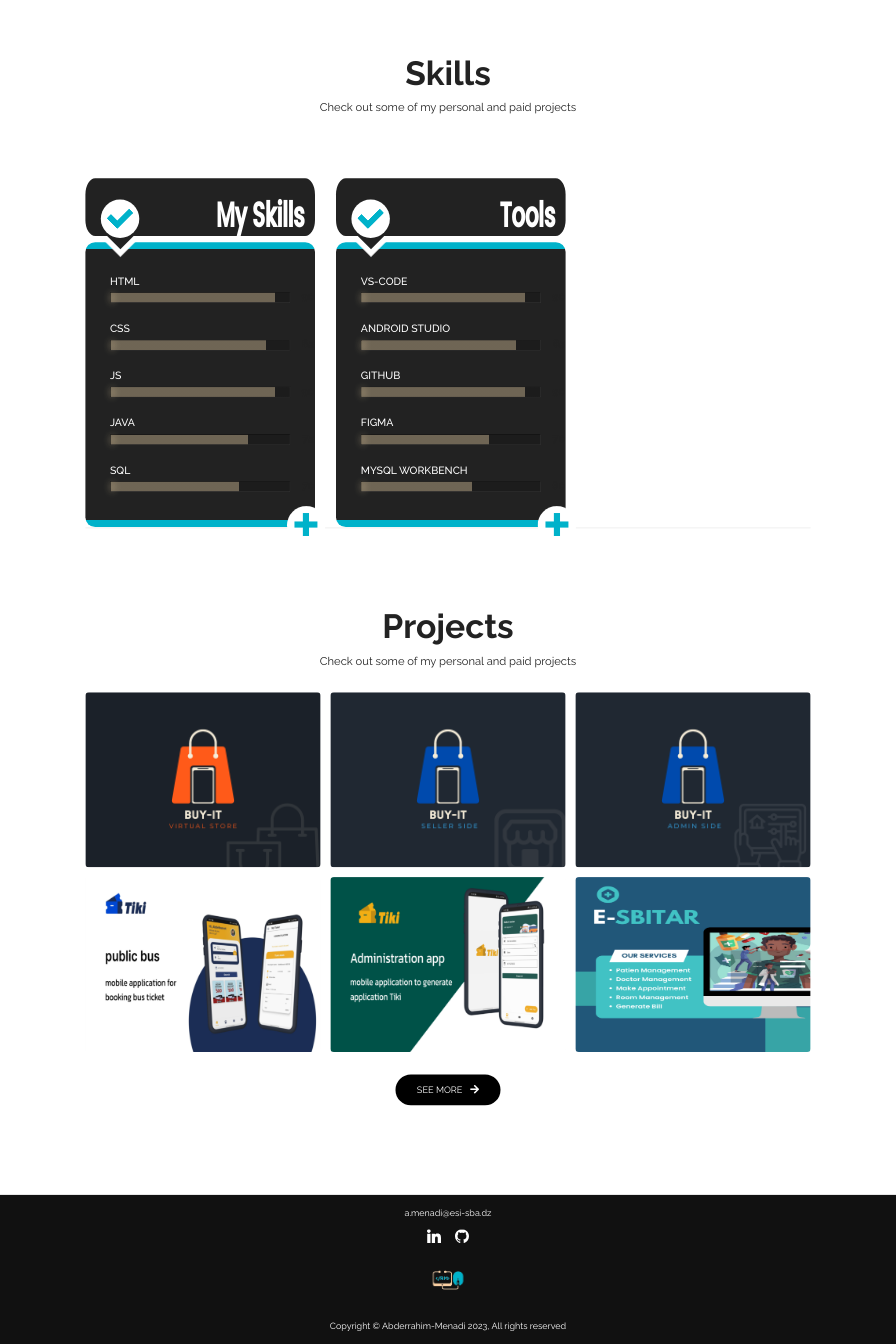
Repository: rahimmenadi/My-Website
Page: index.html
The author's editor kept a copy of each file at every save. The page is drawn from the files as they stood at one save, then again after a run of saves.
The browser window is 1280 px wide. The pictures show the part of the page from y = 830 to 2750 px (the page is 2750 px tall before and 2350 px after), at 70% of full size.

Above is the page before, as saved 2023-06-24 00:12:40.

After the next 2 saves:
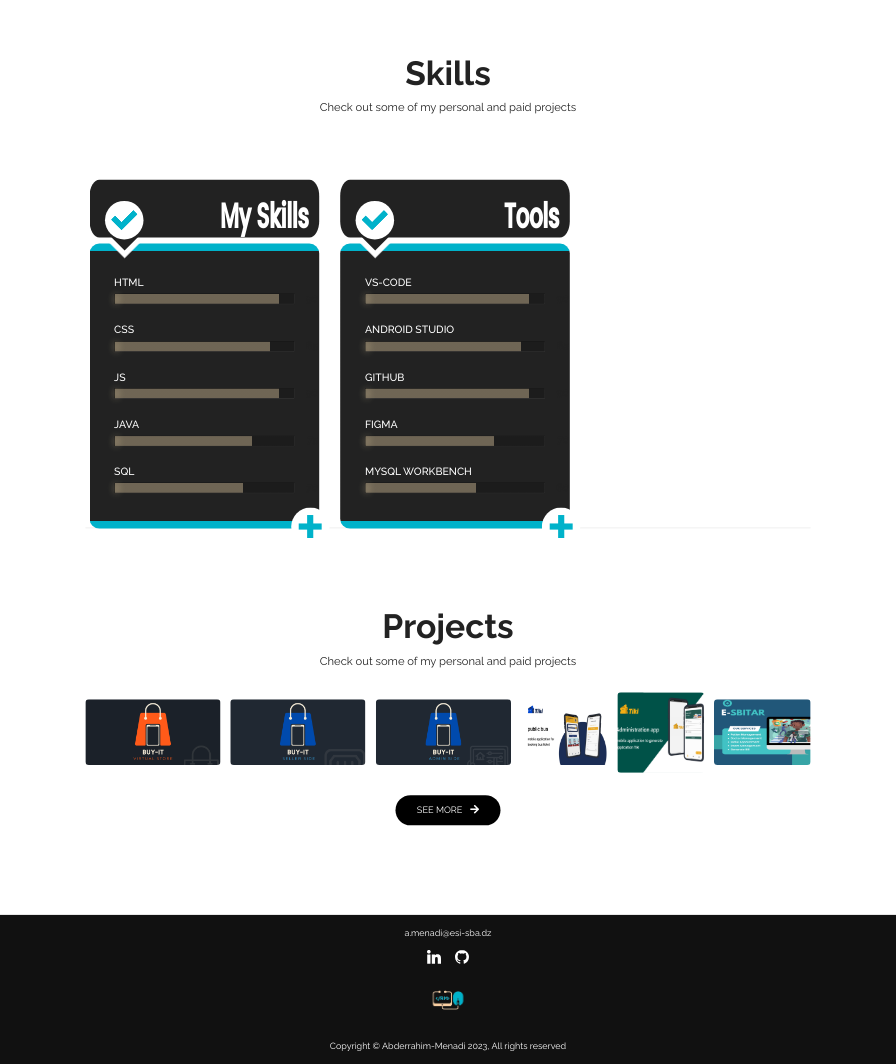
The 2 saves are shown as one change because they came seconds apart.
The last was saved 65 s later.
--- a/css/style.css
+++ b/css/style.css
@@ -369,7 +369,7 @@
    60% { transform: rotate( 0.0deg) }  /* Reset for the last half to pause */
   100% { transform: rotate( 0.0deg) }
 }
-.content{
+.project{
   display: flex;
   justify-content: center;
   align-items: center;

After the save that followed:
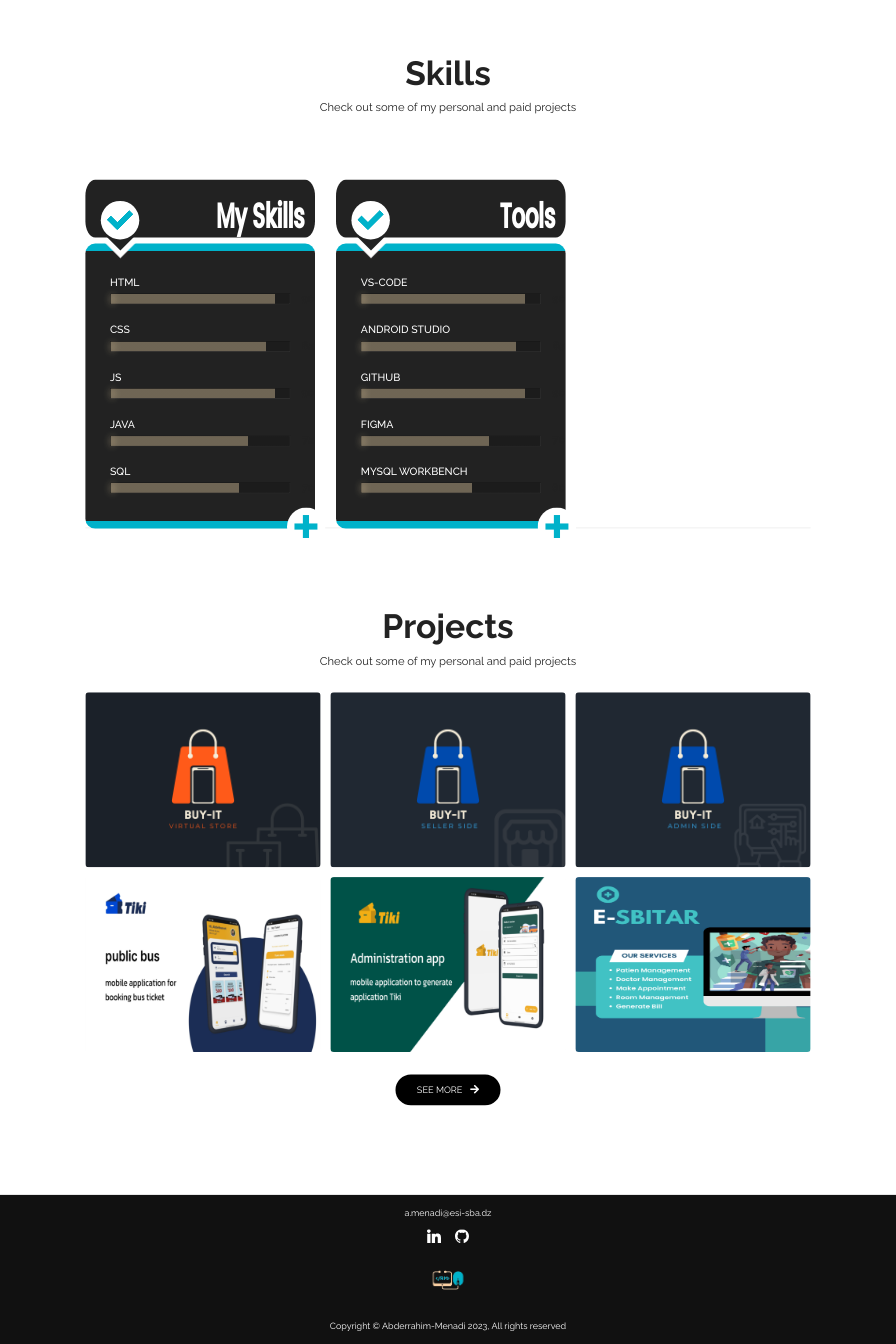
Saved 68 s later.
--- a/css/style.css
+++ b/css/style.css
@@ -369,7 +369,7 @@
    60% { transform: rotate( 0.0deg) }  /* Reset for the last half to pause */
   100% { transform: rotate( 0.0deg) }
 }
-.project{
+.projectsskills{
   display: flex;
   justify-content: center;
   align-items: center;
